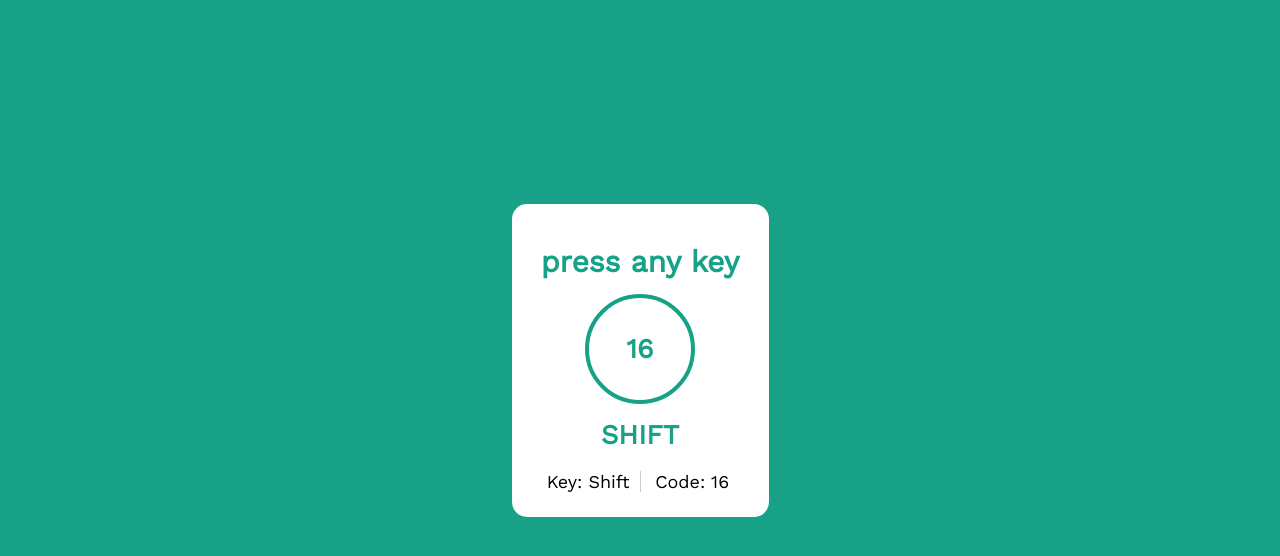
Repository: youssef168/Key-Detection
Page: index.htm
An editor plug-in stored every save of this project. The page is shown before and after the next save, followed by the edit.
The browser window is 1280 px wide. The pictures show the whole page.

Above is the page before, as saved 2021-12-17 13:22:38.

After the next save:
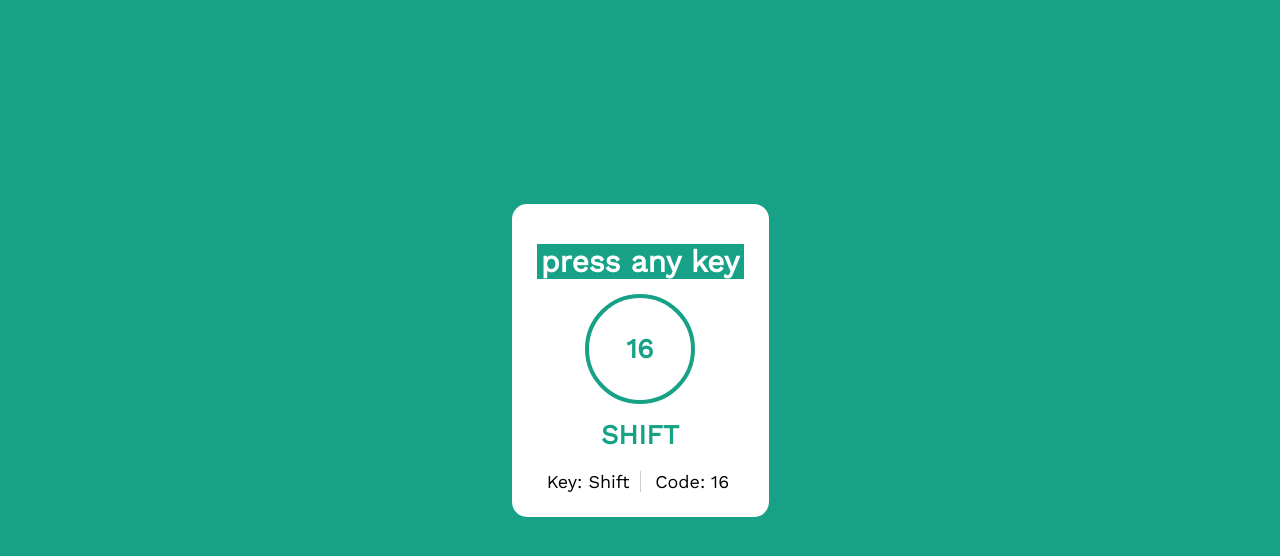
Saved 14 s later.
--- a/style.css
+++ b/style.css
@@ -54,6 +54,8 @@ body {
 .text {
     text-align: center;
     font-size: 30px;
+    background-color: #17A288;
+    color: #fff;
 }
 
 .key-name {
